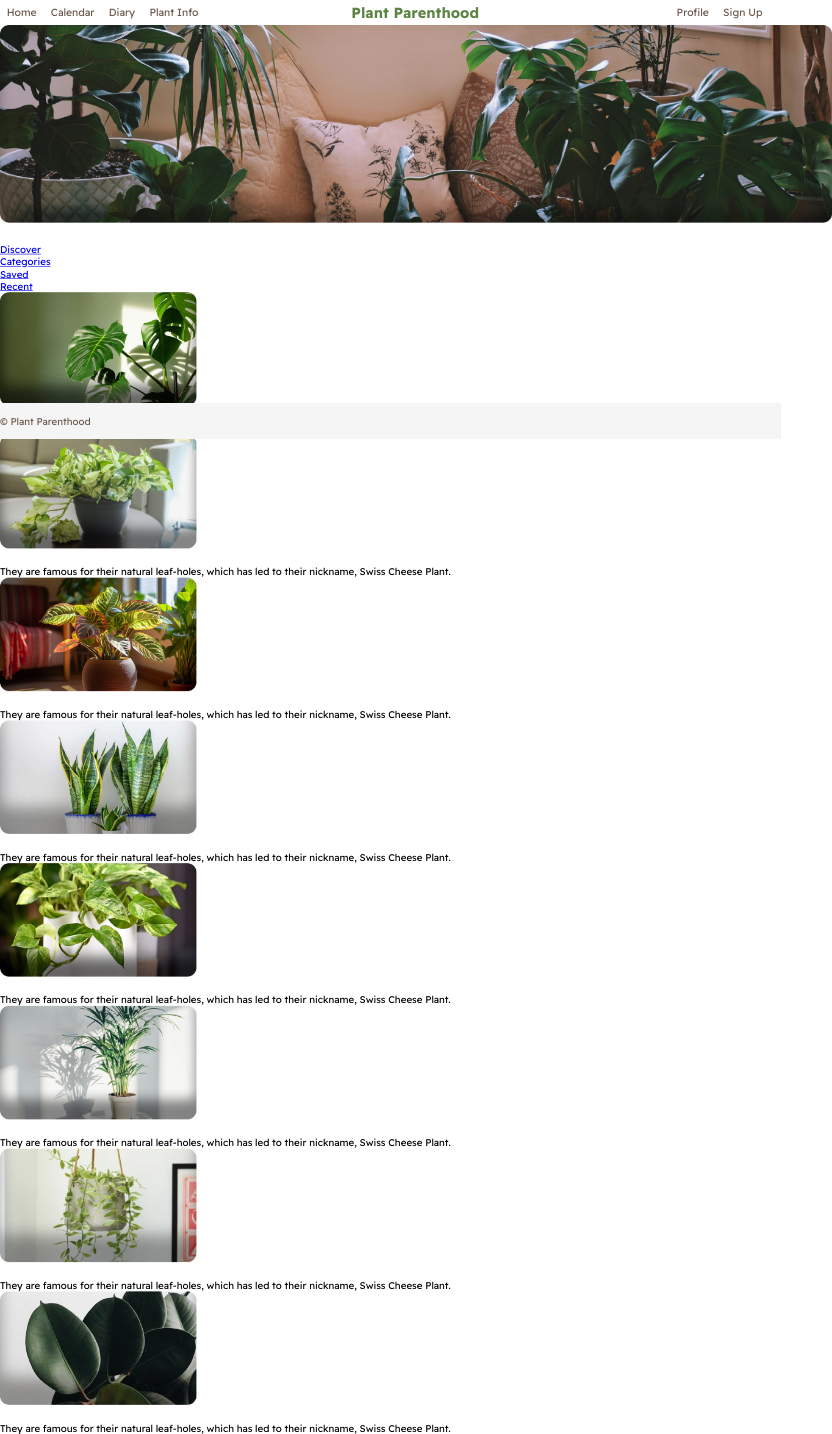
Repository: info340-sp24a/project-group7
Page: Homepage/index.html
An editor plug-in stored every save of this project. The page is shown before and after the next save, followed by the edit.
The browser window is 1280 px wide. The page is 1364 px wide, so the pictures cover 1364 px, including what lies to the right of the window. The pictures show the whole page, at 61% of full size.

Above is the page before, as saved 2024-04-21 21:15:26.

After the next save:
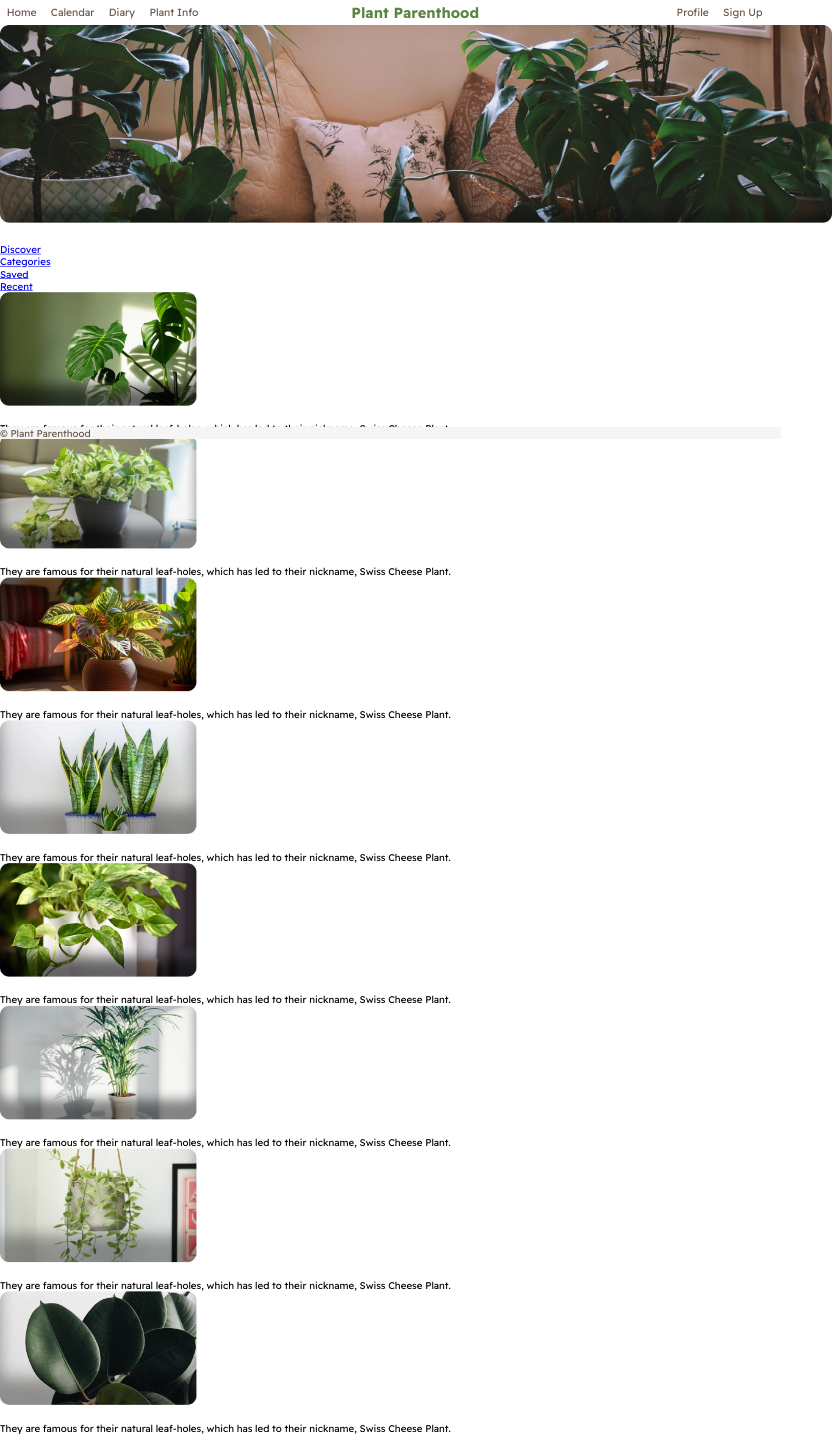
Saved 27 s later.
--- a/Homepage/main.css
+++ b/Homepage/main.css
@@ -8,7 +8,7 @@
   footer {
     color: #6C584C;
     background-color: #f5f5f5; /* Example background color */
-    padding: 20px 0; /* Example padding */
+   /* Example padding */
     width: 100%;
     position: fixed;
     bottom: 0;
